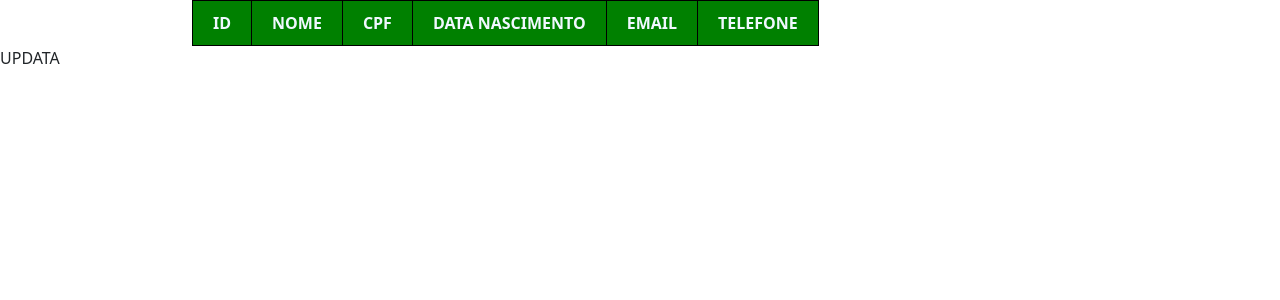
Repository: ujota/crud-cliente
Page: api-clientes/front/html/cliente.html
These files come from the project's save history. The page is drawn as it stood at one moment and after the next save; the edit follows.
The browser window is 1280 px wide. The pictures show the whole page.
The page's requests for data from a server got no answer.

Above is the page before, as saved 2022-10-03 19:21:06.

### api-clientes/front/html/cliente.html
<!DOCTYPE html>
<html lang="en">
<head>
    <meta charset="UTF-8">
    <meta http-equiv="X-UA-Compatible" content="IE=edge">
    <meta name="viewport" content="width=device-width, initial-scale=1.0">
    <title>Cliente</title>
    <link href="https://cdn.jsdelivr.net/npm/bootstrap@5.2.1/dist/css/bootstrap.min.css" rel="stylesheet" integrity="sha384-iYQeCzEYFbKjA/T2uDLTpkwGzCiq6soy8tYaI1GyVh/UjpbCx/TYkiZhlZB6+fzT" crossorigin="anonymous">
    <link rel="stylesheet" href="../css/cliente.css">
</head>
<body>
    <form action="#">
        <div id="body"></div>
		<div id="updata">UPDATA</div>
    </form>
</body>
    <script src="../scripts/cliente.js"></script>
    <script src="https://cdn.jsdelivr.net/npm/bootstrap@5.2.1/dist/js/bootstrap.bundle.min.js" integrity="sha384-u1OknCvxWvY5kfmNBILK2hRnQC3Pr17a+RTT6rIHI7NnikvbZlHgTPOOmMi466C8" crossorigin="anonymous"></script>
</html>

### api-clientes/front/css/cliente.css
table{
    margin-left:15%;
    text-align: center;
    border-collapse: collapse;
    border-spacing: 0;
}
th{
    background-color: green;
    color: aliceblue;
}
th, td{
    text-transform: uppercase;
    border: 1px solid black;
    padding: 10px 20px;
}
td{
    background-color: azure;
}

### api-clientes/front/scripts/cliente.js
let table = document.createElement('table');


document.getElementById('body').appendChild(table);


let row_1 = document.createElement('tr');

let heading_1 = document.createElement('th');
heading_1.innerHTML = "ID";
let heading_2 = document.createElement('th');
heading_2.innerHTML = "Nome";
let heading_3 = document.createElement('th');
heading_3.innerHTML = "CPF";
let heading_4 = document.createElement('th');
heading_4.innerHTML = "Data Nascimento";
let heading_5 = document.createElement('th');
heading_5.innerHTML = "Email";
let heading_6 = document.createElement('th');
heading_6.innerHTML = "Telefone";

row_1.appendChild(heading_1);
row_1.appendChild(heading_2);
row_1.appendChild(heading_3);
row_1.appendChild(heading_4);
row_1.appendChild(heading_5);
row_1.appendChild(heading_6);
table.appendChild(row_1);

// let row_2 = document.createElement('tr');
// let row_2_data_1 = document.createElement('td');
// row_2_data_1.innerHTML = "1.";
// let row_2_data_2 = document.createElement('td');
// row_2_data_2.innerHTML = "João Pedro";
// let row_2_data_3 = document.createElement('td');
// row_2_data_3.innerHTML = "1997-01-31";
// let row_2_data_4 = document.createElement('td');
// row_2_data_4.innerHTML = "43495488820";
// let row_2_data_5 = document.createElement('td');
// row_2_data_5.innerHTML = "joao.silveerio@gmail.com";
// let row_2_data_6 = document.createElement('td');
// row_2_data_6.innerHTML = "11972247142";

// row_2.appendChild(row_2_data_1);
// row_2.appendChild(row_2_data_2);
// row_2.appendChild(row_2_data_3);
// row_2.appendChild(row_2_data_4);
// row_2.appendChild(row_2_data_5);
// row_2.appendChild(row_2_data_6);
// table.appendChild(row_2);







var my_headers = new Headers();
my_headers.append("Content-type", "application/json");


var requestOptions = {
	method: 'GET',
	headers: my_headers,
	redirect : 'follow'

};

fetch("http://localhost:8080/cliente",
requestOptions).then(reponse =>
    reponse.json())
	.then(result => {
        result.forEach((item, index, array)=>{
			let row_2 = document.createElement('tr');
			let row_2_data_1 = document.createElement('td');
			row_2_data_1.innerHTML = item["id"];
			let row_2_data_2 = document.createElement('td');
			row_2_data_2.innerHTML = item["nome"];
			let row_2_data_3 = document.createElement('td');
			row_2_data_3.innerHTML = item["cpf"];
			let row_2_data_4 = document.createElement('td');
			row_2_data_4.innerHTML = item["dataNascimento"];
			let row_2_data_5 = document.createElement('td');
			row_2_data_5.innerHTML = item["email"];
			let row_2_data_6 = document.createElement('td');
			row_2_data_6.innerHTML = item["telefone"];




			row_2.appendChild(row_2_data_1);
			row_2.appendChild(row_2_data_2);
			row_2.appendChild(row_2_data_3);
			row_2.appendChild(row_2_data_4);
			row_2.appendChild(row_2_data_5);
			row_2.appendChild(row_2_data_6);
			table.appendChild(row_2);

          })
		})
		.catch(error => alert(error))

After the next save:
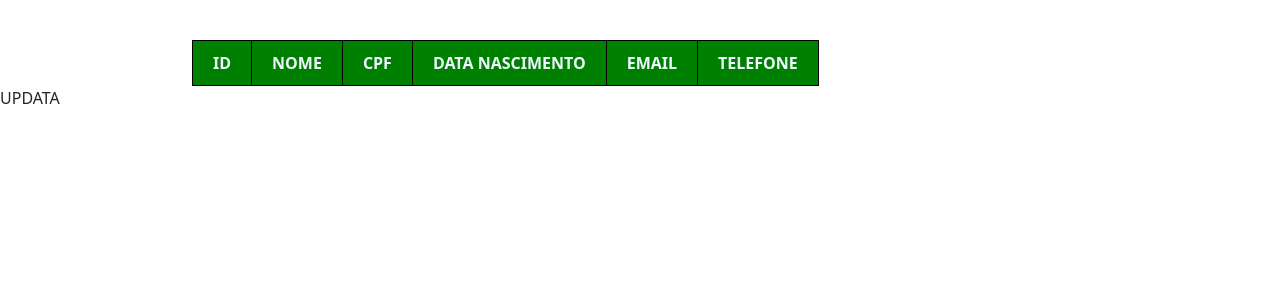
Saved 18 s later.
--- a/api-clientes/front/css/cliente.css
+++ b/api-clientes/front/css/cliente.css
@@ -1,5 +1,6 @@
 table{
     margin-left:15%;
+    margin-top: 40px;
     text-align: center;
     border-collapse: collapse;
     border-spacing: 0;
